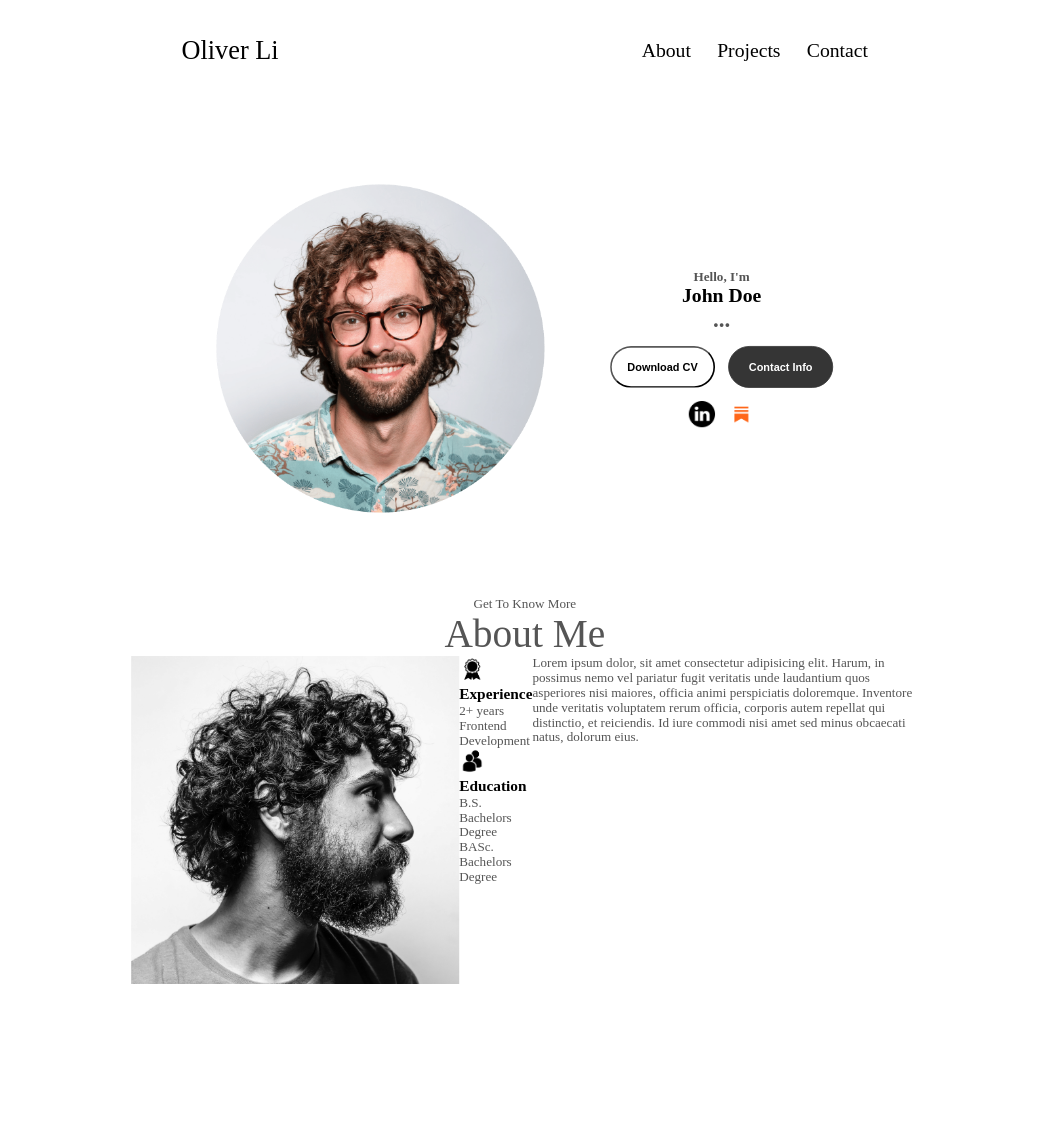
Repository: oliverli1728/portfolio
Page: index.html
The author's editor kept a copy of each file at every save. The page is drawn from the files as they stood at one save, then again after the next save.
The browser window is 1280 px wide. The pictures show the whole page, at 82% of full size.
Some web fonts or font styles are not loaded; a fallback is used.

Above is the page before, as saved 2025-09-25 21:41:58.

After the next save:
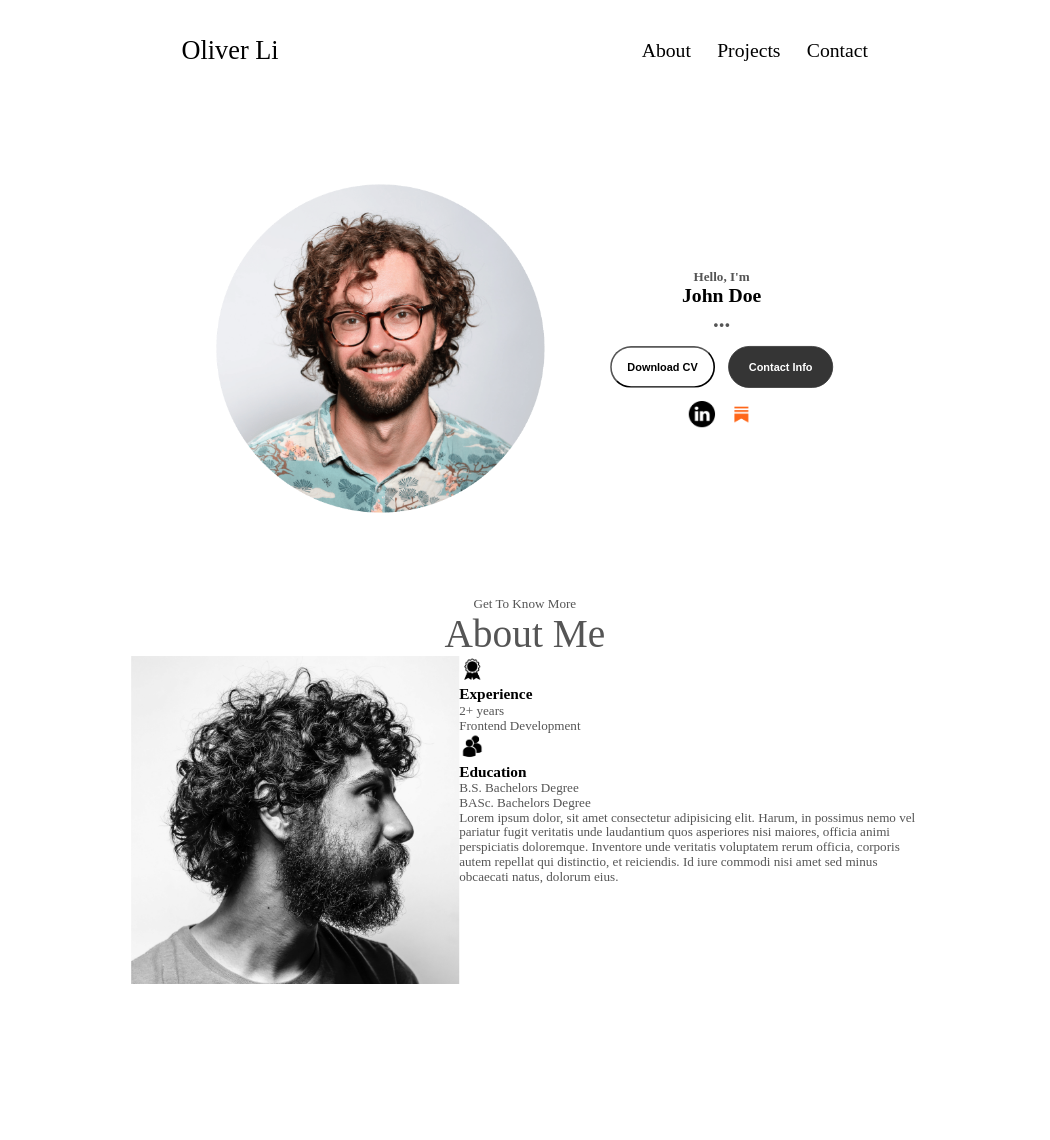
Saved 95 s later.
--- a/index.html
+++ b/index.html
@@ -73,14 +73,13 @@
                         <div class="details-container">
                             <img src="./assets/experience.png" alt="experience"
                             class="icon">
-                        </div>
                         <h3>Experience</h3>
                         <p>2+ years <br> Frontend Development</p>
+                        </div>
                     </div>
                     <div class="details-container">
                             <img src="./assets/education.png" alt="education"
                             class="icon">
-                        </div>
                         <h3>Education</h3>
                         <p>B.S. Bachelors Degree <br> BASc. Bachelors Degree</p>
                     </div>
